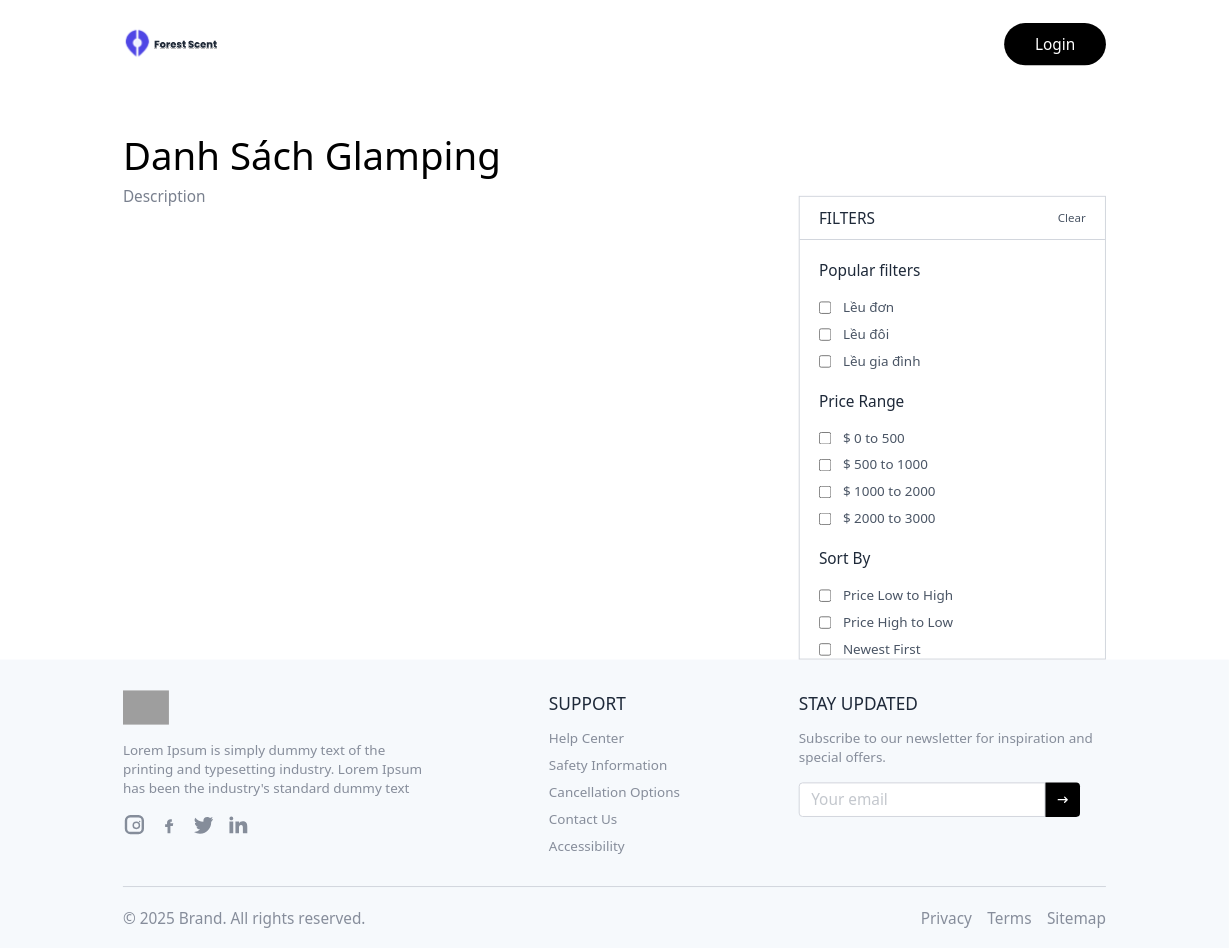
Repository: Ponn-Star/My-App
Page: /rooms (app in FrontEnd/)
These files come from the project's save history. The page is drawn as it stood at one moment and after the next save; the edit follows.
The browser window is 1280 px wide. The pictures show the whole page, at 96% of full size.
Pictures or frames that could not be fetched are drawn as grey boxes. The page's requests for data from a server got no answer. The project was rebuilt for these pictures with package versions that can differ from the ones it lists, and the page was loaded fresh each time. Some packages were replaced by stand-ins written for this rebuild. No one was signed in, and anything a server would have sent is missing. Also part of the build but not shown: FrontEnd/vite.config.js, FrontEnd/src/assets/assets.js, FrontEnd/src/components/Admin/Navbar.jsx, FrontEnd/src/components/Hero.jsx, FrontEnd/src/components/RoomCard.jsx, FrontEnd/src/components/Title.jsx, FrontEnd/src/components/FeaturedDestination.jsx, FrontEnd/src/components/ExclusiveOffers.jsx and 12 more.

Above is the page before, as saved 2025-06-06 00:39:13.

After the next save:
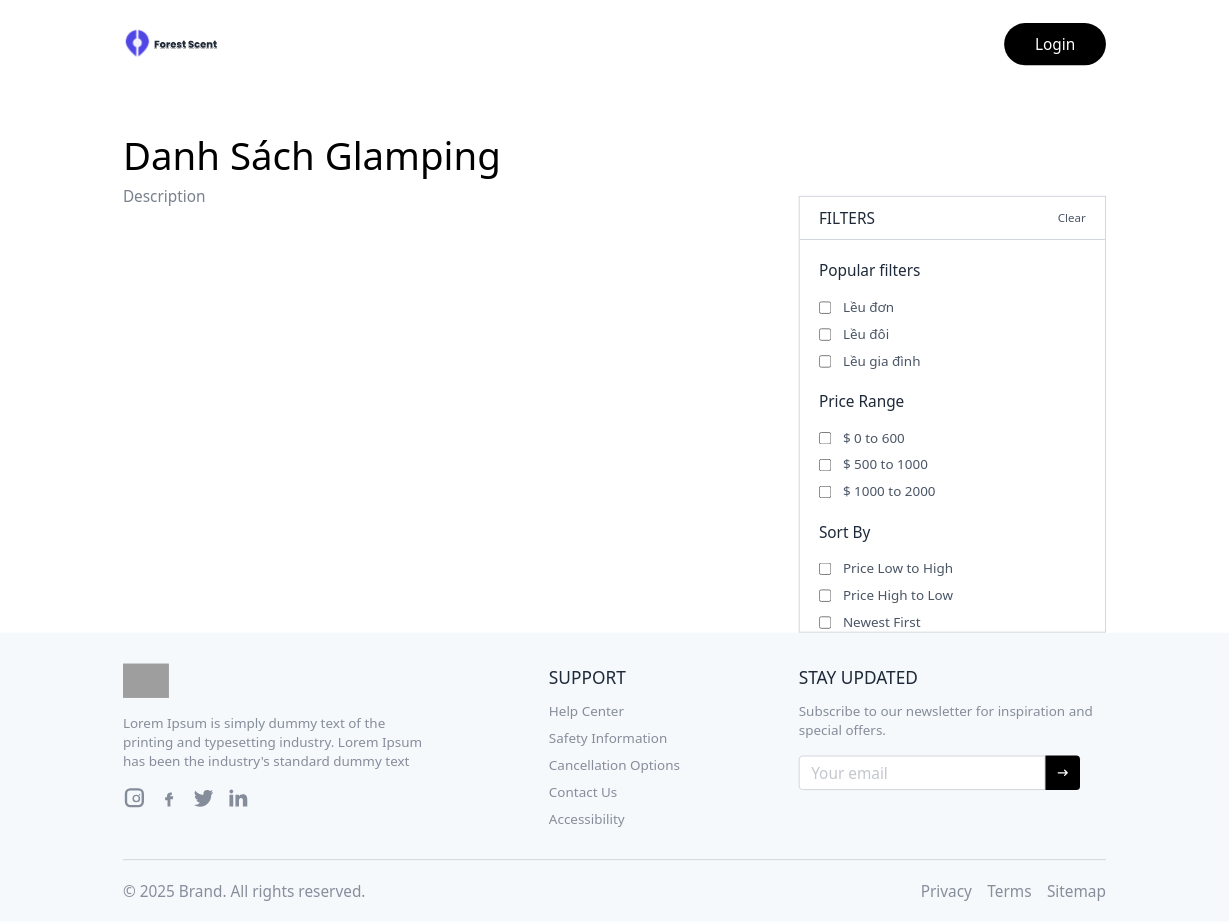
Saved 43 s later.
--- a/FrontEnd/src/pages/AllRooms.jsx
+++ b/FrontEnd/src/pages/AllRooms.jsx
@@ -51,10 +51,9 @@ const AllRooms = () => {
   ];
 
   const priceRanges = [
-    '0 to 500',
+    '0 to 600',
     '500 to 1000',
     '1000 to 2000',
-    '2000 to 3000',
   ];
 
   const sortOptions = [
